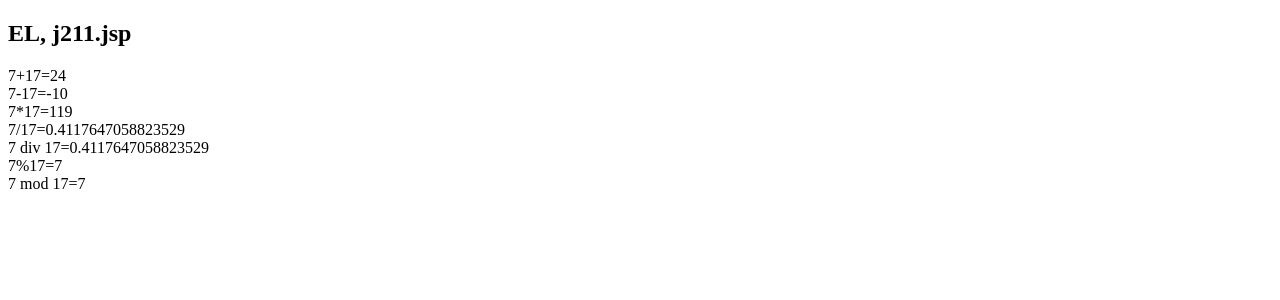
Repository: anxhuang/Java_Web
Page: http://localhost/code/j211.jsp
An editor plug-in stored every save of this project. The page is shown before and after the next save, followed by the edit.
The browser window is 1280 px wide. The pictures show the whole page.
The page is served by Tomcat 9.

Above is the page before, as saved 2018-07-17 12:34:52.

After the next save:
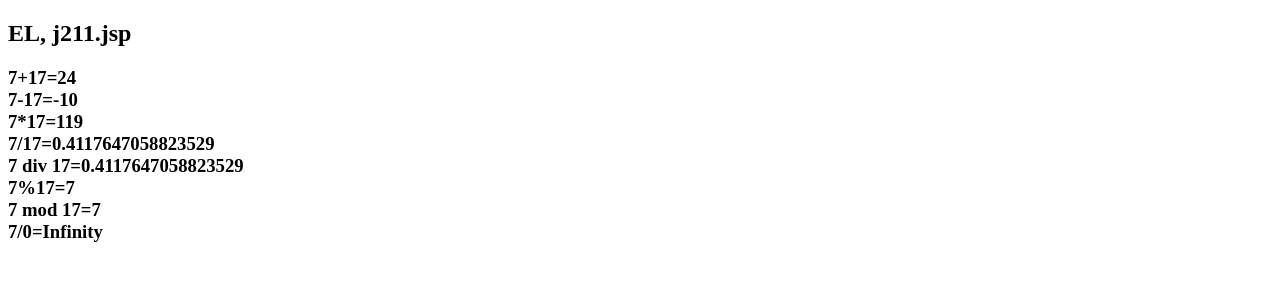
Saved 5 min 23 s later.
--- a/code/WebContent/j211.jsp
+++ b/code/WebContent/j211.jsp
@@ -7,7 +7,7 @@
 </head>
 <body>
 
-	<h2>EL, j211.jsp</h2>
+	<h2>EL, j211.jsp</h2><h3>
 
 	7+17=${7+17 }<br>
 	7-17=${7-17 }<br>
@@ -16,6 +16,9 @@
 	7 div 17=${7 div 17 }<br>
 	7%17=${7%17 }<br>
 	7 mod 17=${7 mod 17 }<br>
+	7/0=${7/0 }<br>
+
+	</h3>
 
 </body>
 </html>
